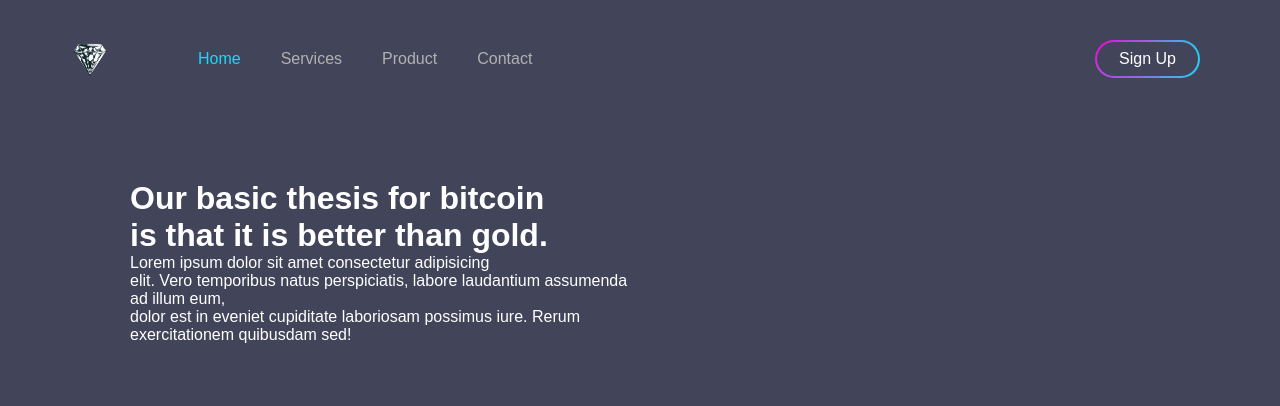
Repository: Aakarshit-Sharma19/Basic-HTML-and-CSS-Page-
Page: index.html
These files come from the project's save history. The page is drawn as it stood at one moment and after the next save; the edit follows.
The browser window is 1280 px wide. The pictures show the whole page.

Above is the page before, as saved 2020-11-10 15:25:50.

### index.html
<!DOCTYPE html>
<html lang="en">

<head>
    <title>Crypto Currency Web App - Easy Tutorials</title>
    <link rel="stylesheet" href="style.css">
</head>

<body>
    <div class="container">
        <div class="menu">
            <ul>
                <li class="logo"><img src="1349.png" alt="diamond"></li>
                <li class="active">Home</li>
                <li>Services</li>
                <li>Product</li>
                <li>Contact</li>
                <li><a href="#" class="signup-btn"><span>Sign Up</span></a></li>
            </ul>
        </div>
        <div class="banner">
            <div class="app-text">
                <h1>Our basic thesis for bitcoin <br> is that it is better than gold.</h1>
                <p>Lorem ipsum dolor sit amet consectetur adipisicing <br>elit. Vero temporibus natus perspiciatis,
                    labore
                    laudantium assumenda ad illum eum,<br> dolor est in eveniet cupiditate laboriosam possimus iure.
                    Rerum
                    exercitationem quibusdam sed!</p>
            </div>
        </div>
    </div>
</body>

</html>

### style.css
* {
    margin: 0;
    padding: 0;
    font-family: sans-serif;
}

body{
    background: #42455a;
}
.container{
    width: 100%;
    height: 100%;
}

.menu ul{
    display: inline-flex;
    margin: 50px;
}

.menu ul li{
    list-style: none;
    margin: 0 20px;
    color: #b2b1b1;
    cursor: pointer;
}

.logo img{
    width: 40px;
    margin-top: -12px;
    margin-right: 48px;
}

.active{
    color: #19dafa!important;
}

.signup-btn{
    top: 40px;
    right: 80px;
    position: absolute;
    text-decoration: none;
    color: #fff;
    border: 2px solid transparent;
    border-radius: 20px;
    background-image: linear-gradient(#42455a, #42455a), radial-gradient(circle at top left, #fd00da, #19d7f8);
    background-origin: border-box;
    background-clip: content-box,border-box;
}

.signup-btn span{
    display: block;
    padding: 8px 22px;
}

.banner{
    width: 80%;
    height: 70%;
    top: 25%;
    left: 130px;
    position: absolute;
    color: #fff;
}

.app-text{
    width: 50%;
    float: left;
}

After the next save:
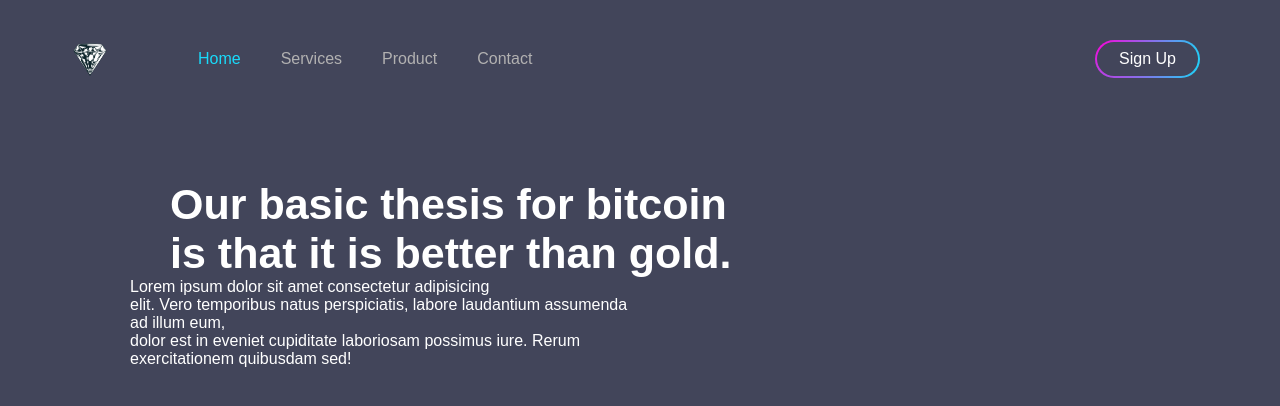
Saved 49 s later.
--- a/style.css
+++ b/style.css
@@ -65,3 +65,10 @@ body{
     width: 50%;
     float: left;
 }
+
+.app-text h1{
+    font-size: 43px;
+    width: 640px;
+    position: relative;
+    margin-left: 40px;
+}
